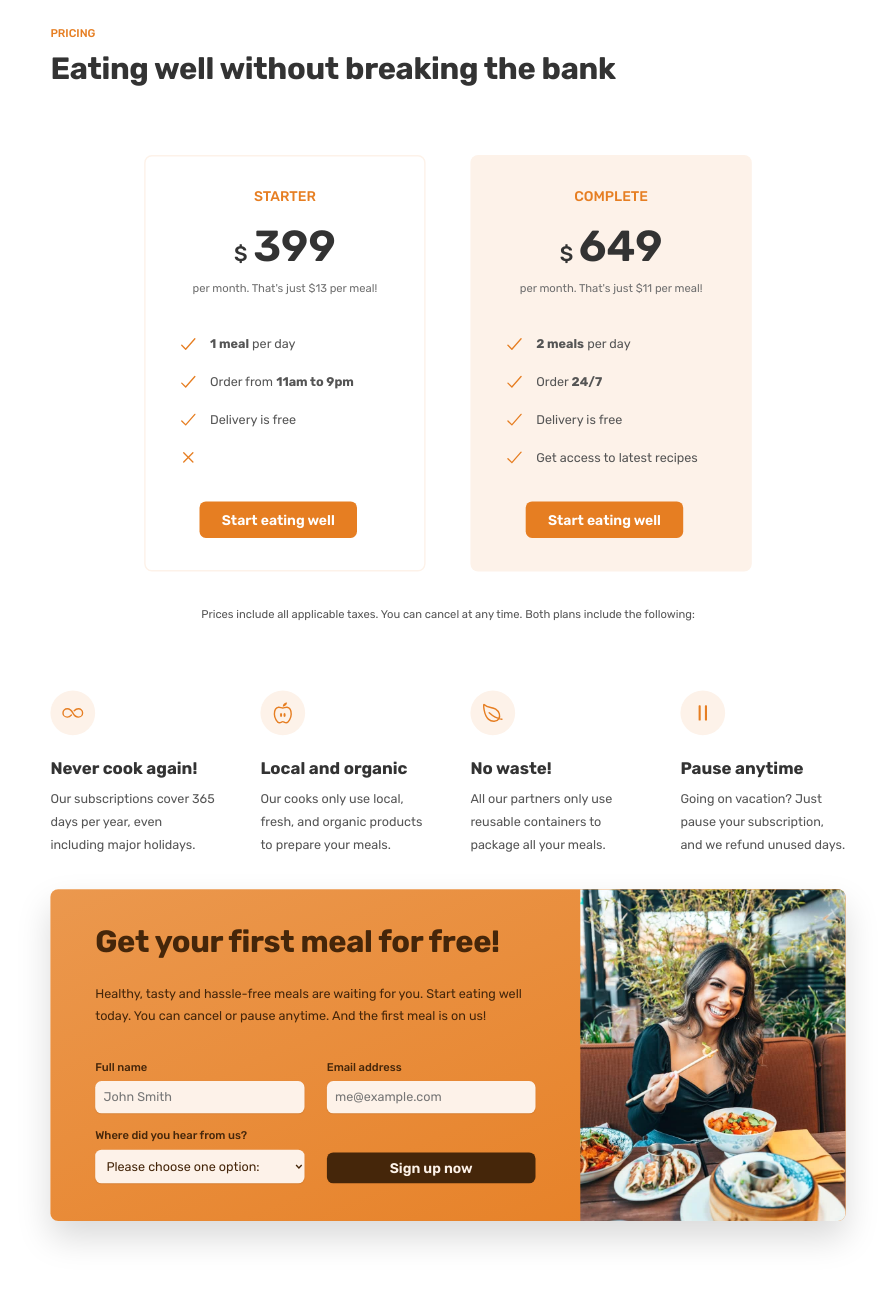
Repository: longvuht/omnifood-vu-nl
Page: index.html
An editor plug-in stored every save of this project. The page is shown before and after the next save, followed by the edit.
The browser window is 1280 px wide. The pictures show the part of the page from y = 4569 to 6489 px (the page is 6441 px tall before and 6489 px after), at 70% of full size.
The style sheet was rebuilt from its Sass, Less or Tailwind sources for each picture, by a compiler version that may differ from the author's.

Above is the page before, as saved 2022-09-20 18:52:23.

After the next save:
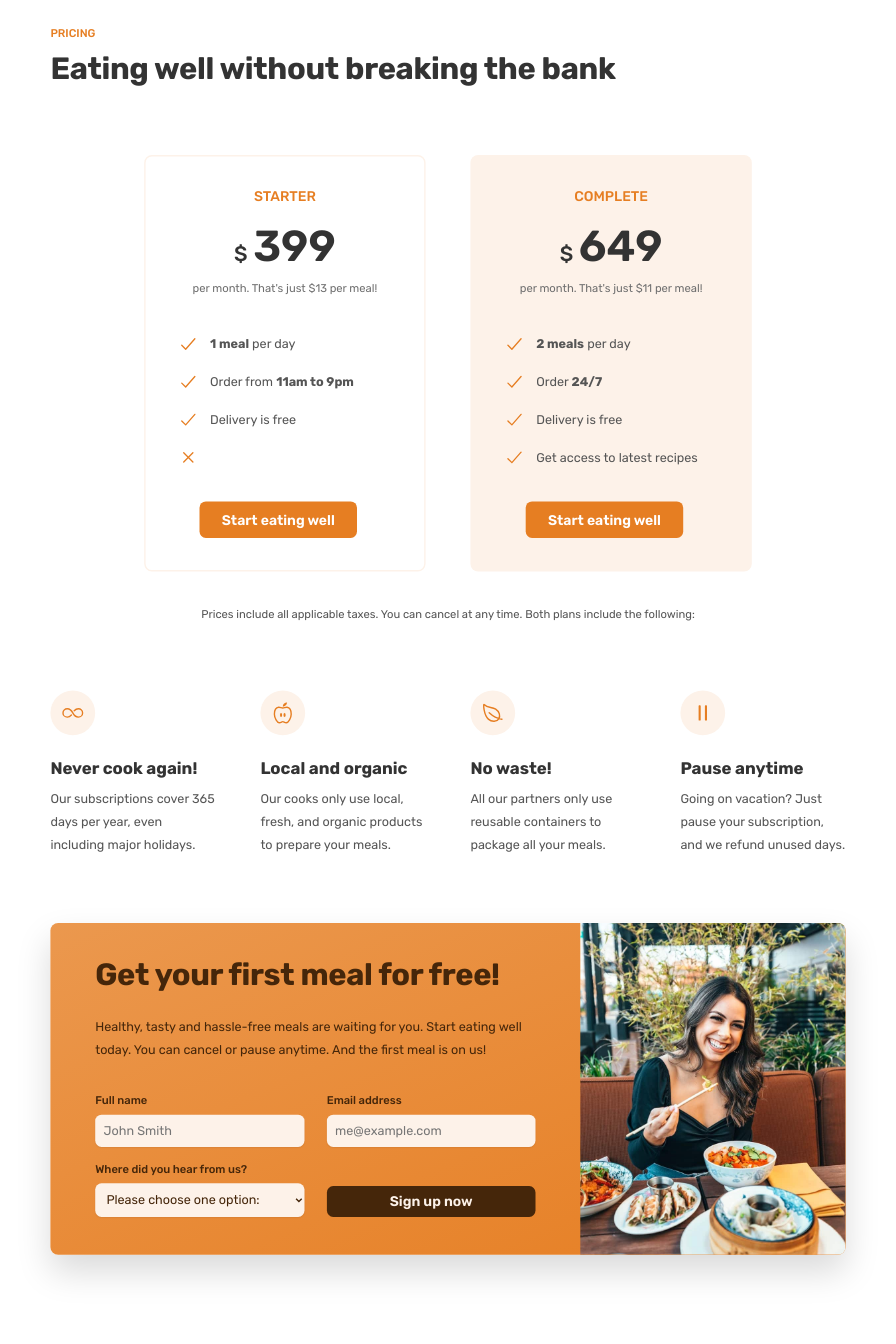
Saved 59 s later.
--- a/sass/_cta.scss
+++ b/sass/_cta.scss
@@ -1,5 +1,5 @@
 .cta {
-  margin-bottom: 12.8rem;
+  padding: 4.8rem 0 12.8rem;
   &__container {
     display: grid;
     grid-template-columns: 2fr 1fr;
